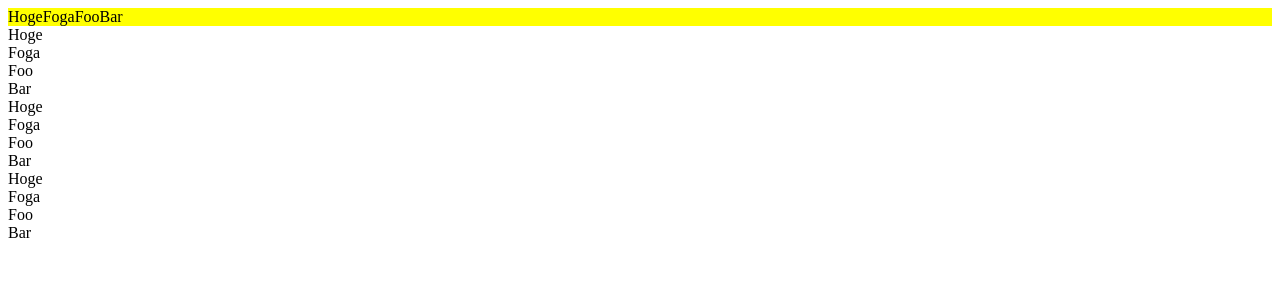
Repository: IkutoHiroki/samurai_HTML_CSS
Page: FlexboxSample1.html
The author's editor kept a record of every edit. The page is drawn from the files as they stood at one moment, then again after the next edit.
The browser window is 1280 px wide. The pictures show the whole page.

Above is the page before.

After the next edit:
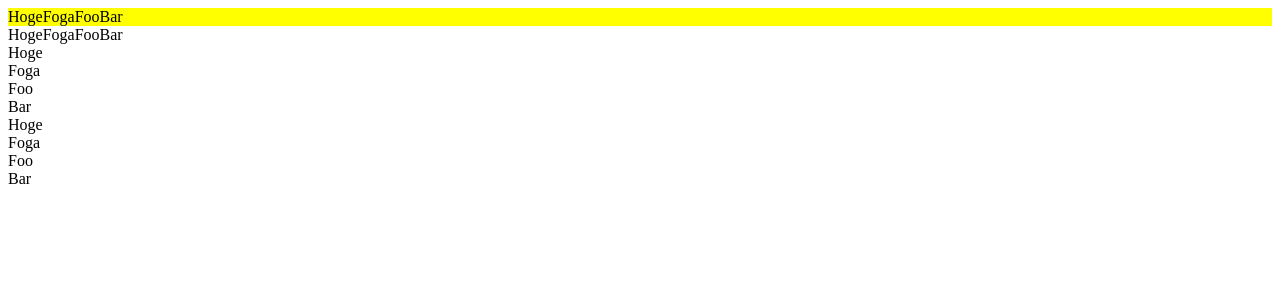
The edit:
--- a/FlexboxSample1.html
+++ b/FlexboxSample1.html
@@ -12,7 +12,9 @@
         }
 
         #reverse{
-
+            display:flex;
+            flex-direction:;
+            background-color:;
         }
 
         #column{
